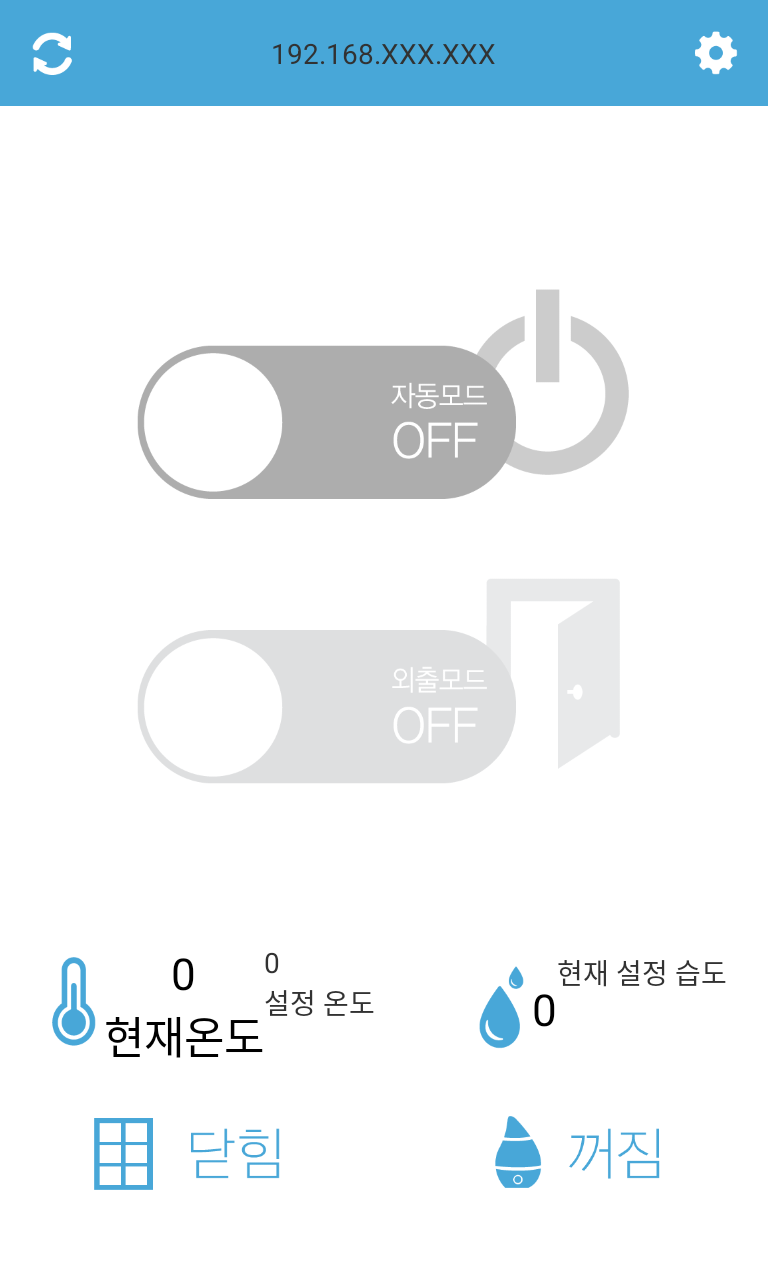
Repository: YeoeunJeong/SinNaYeo
Layout: sny_android/SinNaYeoAndroid/res/layout/activity_sin_na_yeo_main.xml
An editor plug-in stored every save of this project. The layout is shown before and after the next save, followed by the edit.
It is drawn on a 768 x 1280 px phone screen (xhdpi) without system bars, with theme android:Theme.Holo.Light.NoActionBar; the app's code is not run.

Above is the layout before, as saved 2015-09-24 19:48:18.

After the next save:
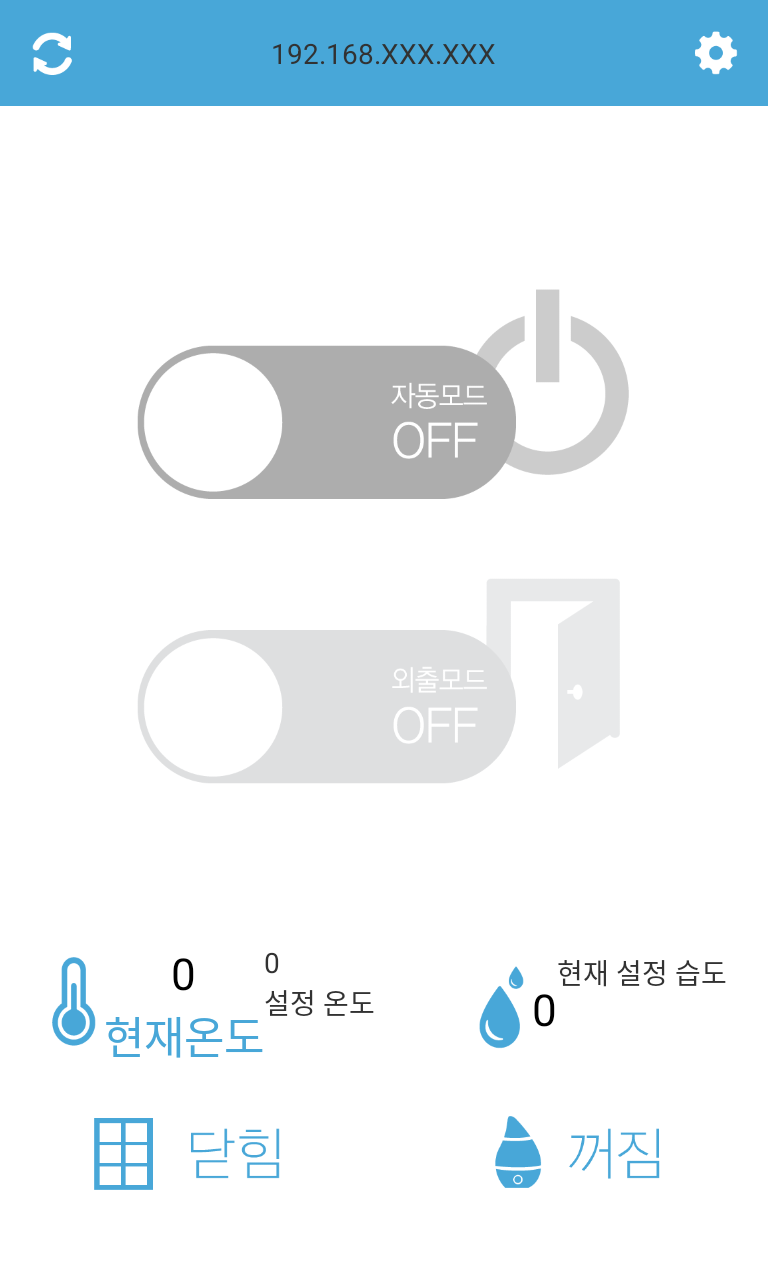
Saved 49 s later.
--- a/sny_android/SinNaYeoAndroid/res/layout/activity_sin_na_yeo_main.xml
+++ b/sny_android/SinNaYeoAndroid/res/layout/activity_sin_na_yeo_main.xml
@@ -133,6 +133,7 @@
                     android:layout_height="wrap_content"
                     android:layout_gravity="center"
                     android:text="현재온도"
+                    android:textColor="#48A7D8"
                     android:textAppearance="?android:attr/textAppearanceLarge" />
             </LinearLayout>
 
